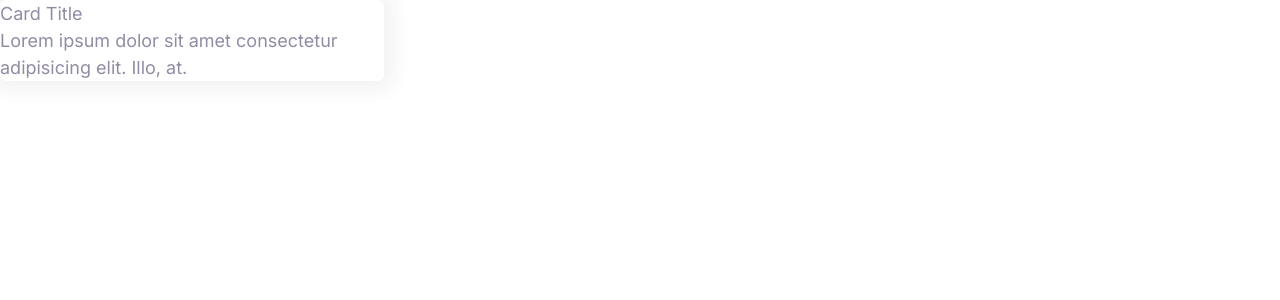
Repository: Qiwenweiii/CodeWithMosh
Page: index.html
These files come from the project's save history. The page is drawn as it stood at one moment and after the next save; the edit follows.
The browser window is 1280 px wide. The pictures show the whole page.

Above is the page before, as saved 2021-11-11 21:53:46.

### index.html
<!DOCTYPE html>
<html>

<head>
    <title>CodeWithMosh</title>
    <meta charset="UTF-8" />

    <link rel="preconnect" href="https://fonts.googleapis.com" />
    <link rel="preconnect" href="https://fonts.gstatic.com" crossorigin />
    <link href="https://fonts.googleapis.com/css2?family=Inter:wght@400;600;700&display=swap" rel="stylesheet" />

    <link rel="stylesheet" href="./styles/normalize.css" />
    <link rel="stylesheet" href="./styles/styles.css" />
</head>

<body>
    <div style="width: 30%">
        <div class="card">
            <header class="card__header">Card Title</header>
            <div class="card__body">
                Lorem ipsum dolor sit amet consectetur adipisicing elit. Illo, at.
            </div>
        </div>
    </div>
</body>

</html>

### styles/styles.css
:root {
    /* 定义配色变量 */
    /* 主体配色 */
    --color-primary: #2584ff;
    --color-secondary: #00d9ff;
    --color-accent: #ff3400;
    /* 文本配色 */
    --color-headings: #1b0760;
    --color-body: #918ca4;
    --color-border: #ccc;
    --border-radius: 30px;
}

*,
*::before,
*::after {
    box-sizing: border-box;
}


/* 字体配置 */


/* 设置默认字体大小 */

html {
    /* 默认字体大小是16px，62.5%是10px */
    font-size: 62.5%;
}


/* 设置字体，字体大小和文本颜色 */

body {
    font-family: Inter, Arial, Helvetica, sans-serif;
    color: var(--color-body);
    font-size: 2.4rem;
    line-height: 1.5;
}

h1,
h2,
h3 {
    color: var(--color-headings);
    margin-bottom: 1rem;
}

h1 {
    font-size: 7rem;
}

h2 {
    font-size: 4rem;
}

h3 {
    font-size: 3rem;
}

p {
    margin-top: 0;
}


/* PC端页面字体大小 */

@media screen and (min-width: 1024px) {
    body {
        font-size: 1.8rem;
    }
    h1 {
        font-size: 8rem;
    }
    h3 {
        font-size: 2.4rem;
    }
}


/* 链接配置,Links */

a {
    text-decoration: none;
}

.link-arrow {
    color: var(--color-accent);
    text-transform: uppercase;
    font-size: 2rem;
    font-weight: bold;
}

.link-arrow::after {
    content: "-->";
    margin-left: 5px;
    transition: margin 0.15s;
}

.link-arrow:hover::after {
    margin-left: 10px;
}

@media screen and (min-width: 1024px) {
    .link-arrow {
        font-size: 1.5rem;
    }
}


/* 标签的样式 */


/* 结构 */

.badge {
    border-radius: 20px;
    padding: 0.5rem 2rem;
    font-weight: 600;
    font-size: 2rem;
    white-space: nowrap;
}


/* 外观，常规标签 */

.badge--primary {
    background: var(--color-primary);
    color: #fff;
}

.badge--secondary {
    background: var(--color-secondary);
    color: #fff;
}


/* 小标签 */

.badge--small {
    font-size: 1.6rem;
}

@media screen and (min-width: 1024px) {
    .badge {
        font-size: 1.5rem;
    }
    .badge--small {
        font-size: 1.2rem;
    }
}


/* 列表 */

.list {
    list-style: none;
    padding-left: 0;
    color: var(--color-headings);
}

.list--inline .list__item {
    display: inline-block;
    margin-right: 2rem;
}

.list--tick {
    padding-left: 3rem;
    list-style-image: url(../images/tick.svg);
}

.list--tick .list__item {
    padding-left: 0.5rem;
    margin-bottom: 1rem;
}

@media screen and (min-width: 1024px) {
    .list--tick .list__item {
        padding-left: 0;
    }
}


/* Icon，图标 */

.icon-container {
    display: flex;
    justify-content: center;
    align-items: center;
    background: #f3f9fa;
    width: 64px;
    height: 64px;
    border-radius: 100%;
}

.icon {
    width: 40px;
    height: 40px;
}

.icon--primary {
    fill: var(--color-primary);
}


/* 按钮组件 */

.btn {
    font-size: 1.8rem;
    font-weight: 600;
    text-transform: uppercase;
    text-align: center;
    padding: 2rem 3rem;
    margin: 1rem 0;
    border: 0;
    border-radius: 40px;
    cursor: pointer;
    white-space: nowrap;
}

.btn--primary {
    background-color: var(--color-primary);
    color: #fff;
}

.btn--primary:hover {
    background-color: #3a8ffd;
}

.btn--secondary {
    background-color: var(--color-secondary);
    color: #fff;
}

.btn--secondary:hover {
    background-color: #00c8eb;
}

.btn--accent {
    background-color: var(--color-accent);
    color: #fff;
}

.btn--accent:hover {
    background-color: #ec3000;
}

.btn--outline {
    background-color: #fff;
    color: var(--color-headings);
    border: 2px solid var(--color-headings);
}

.btn--outline:hover {
    background-color: var(--color-headings);
    color: #fff;
}

.btn--block {
    width: 100%;
    display: inline-block;
}

@media screen and (min-width: 1024px) {
    .btn {
        font-size: 1.5rem;
    }
}


/* 输入框组件 */

.input {
    padding: 1.5rem 3.5rem;
    border: 1px solid var(--color-border);
    border-radius: var(--border-radius);
    outline: none;
    color: var(--color-headings);
    font-size: 2rem;
}

::placeholder {
    color: #cdcdb7;
}

.input-group {
    display: flex;
    border: 1px solid var(--color-border);
    border-radius: var(--border-radius);
}

.input-group .input {
    border: 0;
    flex-grow: 1;
    /* 按钮在左侧时，或者左侧有其他内容时新增这一句 */
    /* padding: 1.5rem 1rem; */
}

.input-group .btn {
    margin: 4px;
}

@media screen and (min-width: 1024px) {
    .input {
        font-size: 1.5rem;
    }
}


/* 卡片模块 */

.card {
    border-radius: 7px;
    box-shadow: 0 0 20px 10px #f3f3f3;
}

Loaded but not shown: styles/normalize.css (library)

After the next save:
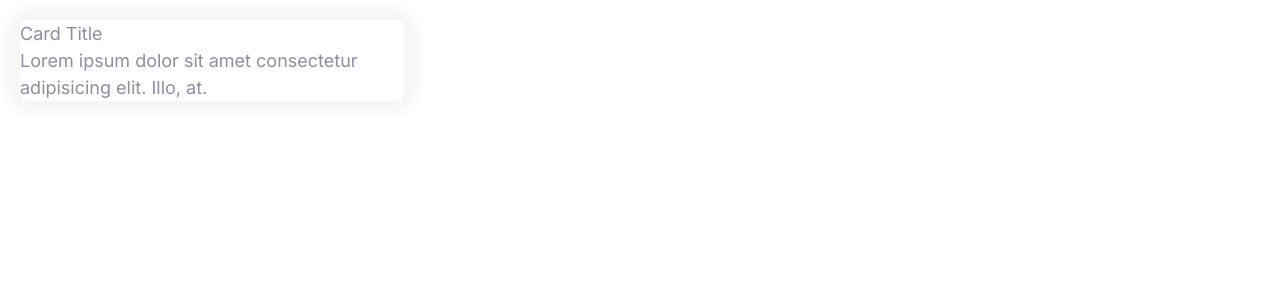
Saved 22 s later.
--- a/index.html
+++ b/index.html
@@ -14,7 +14,7 @@
 </head>
 
 <body>
-    <div style="width: 30%">
+    <div style="width: 30%; margin: 20px">
         <div class="card">
             <header class="card__header">Card Title</header>
             <div class="card__body">
